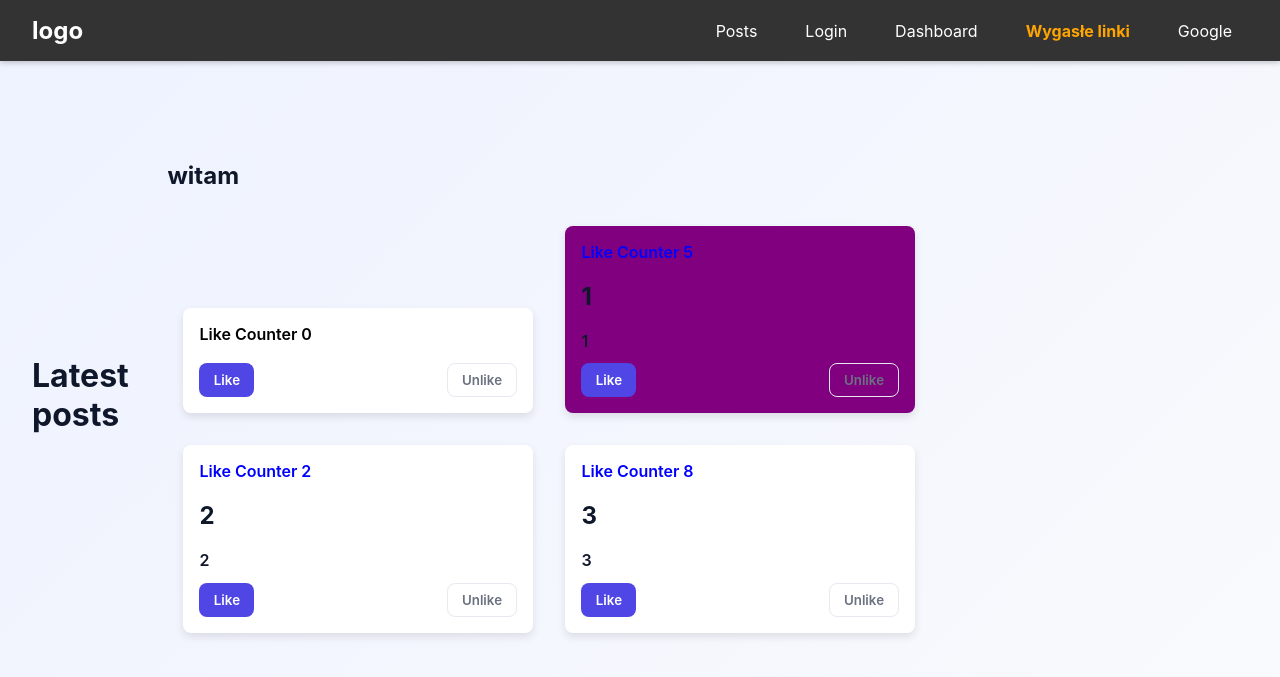
Repository: KrystianTrzy/reactapt
Page: /
An editor plug-in stored every save of this project. The page is shown before and after the next save, followed by the edit.
The browser window is 1280 px wide. The pictures show the whole page.
The project was rebuilt for these pictures with package versions that can differ from the ones it lists, and the page was loaded fresh each time. Also part of the build but not shown: src/pages/login.js, src/pages/postdetail/postdetail.js, src/pages/dashboard/dashboard.css, src/pages/dashboard/dashboard.js.

Above is the page before, as saved 2025-11-22 12:40:24.

After the next save:
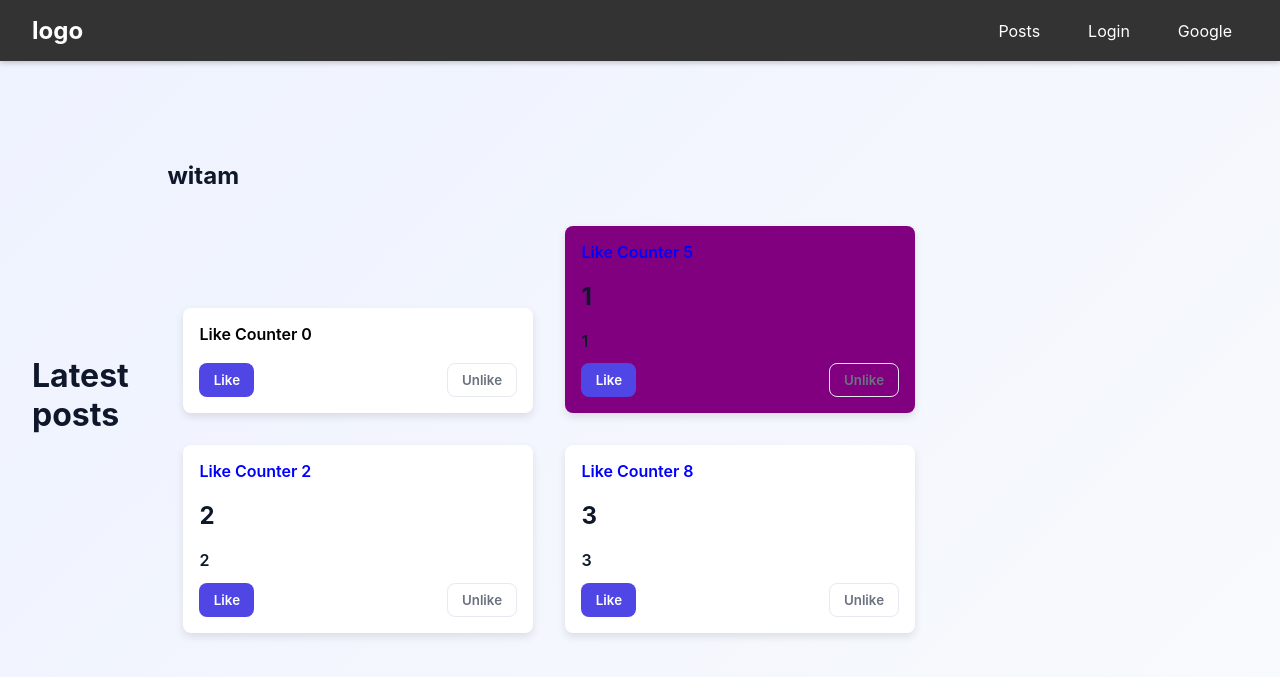
Saved 12 s later.
--- a/src/components/nav/nav.js
+++ b/src/components/nav/nav.js
@@ -12,13 +12,6 @@ function Nav() {
       <div className="menu">
         <Link to="/posts">Posts</Link>
         <Link to="/login">Login</Link>
-        <Link to="/dashboard">Dashboard</Link>
-        <a
-          href="/expired-links"
-          style={{ color: "orange", fontWeight: "bold" }}
-        >
-          Wygasłe linki
-        </a>
         <a href="https://google.com" target="_blank" rel="noopener noreferrer">
           Google
         </a>
